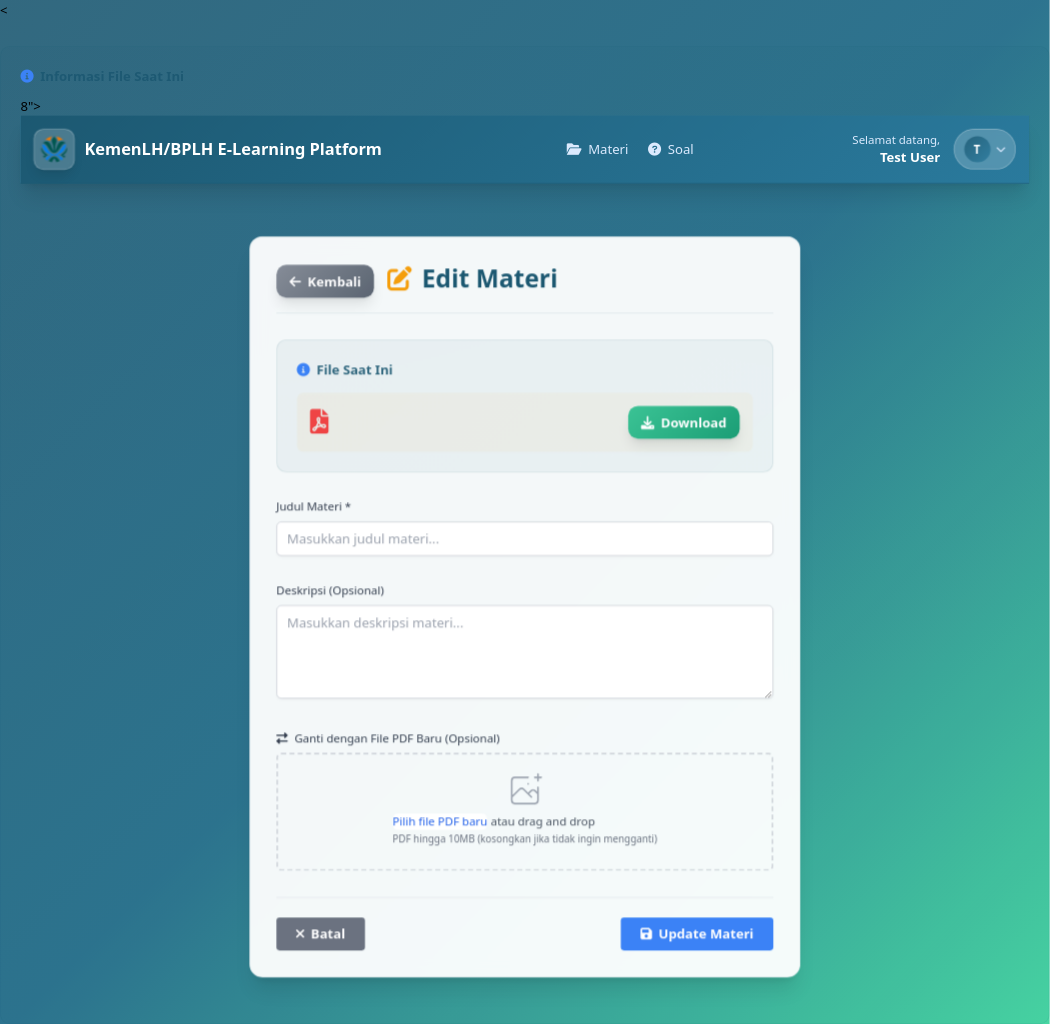
Repository: Autofat/LMS-MOOC
Page: resources/views/materials/edit.blade.php
These files come from the project's save history. The page is drawn as it stood at one moment and after the next save; the edit follows.
The browser window is 1280 px wide. The pictures show the whole page, at 82% of full size.
Some web libraries are served in a nearby version. The page is served by the project's Laravel application, run on PHP 8.4 with Laravel 12. A made-up administrator, Test User (test@example.com), is signed in. Other server files are loaded and not shown. The template is opened directly, without the code that normally fills it, so the values that code supplies are empty.

Above is the page before, as saved 2025-08-01 13:45:07.

### resources/views/materials/edit.blade.php
<!DOCTYPE html>
<html lang="en">

<head>
    <                @if ($errors->any())
                    <div class="rounded-xl px-6 py-4 mb-6" style="background: linear-gradient(135deg, rgba(239,68,68,0.1) 0%, rgba(220,38,38,0.1) 100%); border: 1px solid rgba(239,68,68,0.3);">
                        <div class="flex items-center mb-2">
                            <i class="fas fa-exclamation-triangle text-red-500 mr-2"></i>
                            <span class="font-semibold text-red-700">Terdapat kesalahan dalam input:</span>
                        </div>
                        <ul class="list-disc list-inside text-red-600 space-y-1">
                            @foreach ($errors->all() as $error)
                                <li>{{ $error }}</li>
                            @endforeach
                        </ul>
                    </div>
                @endif

                <form action="{{ route('materials.update', $material->id) }}" method="POST"
                    enctype="multipart/form-data" class="space-y-8">
                    @csrf
                    @method('PUT')

                    <!-- Current File Info -->
                    <div class="rounded-xl p-6" style="background: linear-gradient(135deg, rgba(28,88,113,0.05) 0%, rgba(34,108,137,0.05) 100%); border: 1px solid rgba(28,88,113,0.1);">
                        <h3 class="font-semibold mb-3 flex items-center" style="color: rgba(28,88,113,0.9);">
                            <i class="fas fa-info-circle text-blue-500 mr-2"></i>
                            Informasi File Saat Ini
                        </h3>8">
    <meta name="viewport" content="width=device-width, initial-scale=1.0">
    <title>Edit Materi - {{ $material->title }} - Education Generator Platform</title>
    <script src="https://cdn.tailwindcss.com"></script>
    <link href="https://cdnjs.cloudflare.com/ajax/libs/font-awesome/6.0.0/css/all.min.css" rel="stylesheet">
    <style>
        .professional-gradient {
            background: linear-gradient(135deg, rgba(28,88,113,0.9) 0%, rgba(34,108,137,0.95) 50%, rgba(52,211,153,0.9) 100%);
        }

        .glass-effect {
            background: rgba(255, 255, 255, 0.95);
            backdrop-filter: blur(10px);
            border: 1px solid rgba(28,88,113,0.1);
        }
    </style>
</head>

<body class="min-h-screen professional-gradient">
    <!-- Include Navbar Component -->
    @include('components.navbar')

    <div class="container mx-auto px-4 py-8">
        <div class="max-w-2xl mx-auto">
            <div class="glass-effect rounded-2xl shadow-xl p-8">
                <!-- Header -->
                <div class="flex items-center mb-8 pb-4 border-b" style="border-color: rgba(28,88,113,0.1);">
                    <a href="{{ route('materials.show', $material->id) }}"
                        class="inline-flex items-center px-4 py-2 rounded-xl font-semibold transition-all duration-200 shadow-lg hover:shadow-xl transform hover:scale-105 mr-4"
                        style="background: linear-gradient(135deg, rgba(107,114,128,0.8) 0%, rgba(75,85,99,0.9) 100%); color: white;">
                        <i class="fas fa-arrow-left mr-2"></i>
                        Kembali
                    </a>
                    <div>
                        <h1 class="text-3xl font-bold mb-2 flex items-center" style="color: rgba(28,88,113,1);">
                            <i class="fas fa-edit mr-3 text-amber-500"></i>
                            Edit Materi
                        </h1>
                        <p class="text-sm" style="color: rgba(28,88,113,0.7);">{{ Str::limit($material->title, 50) }}</p>
                    </div>
                </div>

                @if ($errors->any())
                    <div class="rounded-xl px-6 py-4 mb-6" style="background: linear-gradient(135deg, rgba(239,68,68,0.1) 0%, rgba(220,38,38,0.1) 100%); border: 1px solid rgba(239,68,68,0.3);">
                        <div class="flex items-center mb-2">
                            <i class="fas fa-exclamation-triangle text-red-500 mr-2"></i>
                            <span class="font-semibold text-red-700">Terdapat kesalahan dalam input:</span>
                        </div>
                        <ul class="list-disc list-inside text-red-600 space-y-1">
                            @foreach ($errors->all() as $error)
                                <li>{{ $error }}</li>
                            @endforeach
                        </ul>
                    </div>
                @endif

                <form action="{{ route('materials.update', $material->id) }}" method="POST"
                    enctype="multipart/form-data" class="space-y-8">
                    @csrf
                    @method('PUT')

                    <!-- Current File Info -->
                    <div class="rounded-xl p-6" style="background: linear-gradient(135deg, rgba(28,88,113,0.05) 0%, rgba(34,108,137,0.05) 100%); border: 1px solid rgba(28,88,113,0.1);">
                        <h3 class="font-semibold mb-4 flex items-center" style="color: rgba(28,88,113,0.9);">
                            <i class="fas fa-info-circle text-blue-500 mr-2"></i>
                            File Saat Ini
                        </h3>
                        <div class="flex items-center space-x-4 p-4 rounded-lg" style="background: linear-gradient(135deg, rgba(245,158,11,0.05) 0%, rgba(251,191,36,0.05) 100%);">
                            <div class="flex-shrink-0">
                                <i class="fas fa-file-pdf text-3xl text-red-500"></i>
                            </div>
                            <div class="flex-1">
                                <p class="font-semibold" style="color: rgba(28,88,113,0.9);">{{ $material->file_name }}</p>
                                <p class="text-sm" style="color: rgba(28,88,113,0.7);">{{ $material->file_size_human }}</p>
                            </div>
                            <a href="{{ route('materials.download', $material->id) }}"
                                class="inline-flex items-center px-4 py-2 rounded-xl font-semibold transition-all duration-200 shadow-lg hover:shadow-xl transform hover:scale-105"
                                style="background: linear-gradient(135deg, rgba(16,185,129,0.8) 0%, rgba(5,150,105,0.9) 100%); color: white;">
                                <i class="fas fa-download mr-2"></i>
                                Download
                            </a>
                        </div>
                    </div>

                    <!-- Title -->
                    <div>
                        <label for="title" class="block text-sm font-medium text-gray-700 mb-2">
                            Judul Materi *
                        </label>
                        <input type="text" id="title" name="title" value="{{ old('title', $material->title) }}"
                            required
                            class="w-full px-3 py-2 border border-gray-300 rounded-md shadow-sm focus:outline-none focus:ring-2 focus:ring-blue-500 focus:border-transparent"
                            placeholder="Masukkan judul materi...">
                    </div>

                    <!-- Description -->
                    <div>
                        <label for="description" class="block text-sm font-medium text-gray-700 mb-2">
                            Deskripsi (Opsional)
                        </label>
                        <textarea id="description" name="description" rows="4"
                            class="w-full px-3 py-2 border border-gray-300 rounded-md shadow-sm focus:outline-none focus:ring-2 focus:ring-blue-500 focus:border-transparent"
                            placeholder="Masukkan deskripsi materi...">{{ old('description', $material->description) }}</textarea>
                    </div>

                    <!-- Replace PDF File -->
                    <div>
                        <label for="pdf_file" class="block text-sm font-medium text-gray-700 mb-2">
                            <i class="fas fa-exchange-alt mr-2"></i>Ganti dengan File PDF Baru (Opsional)
                        </label>
                        <div class="mt-1 flex justify-center px-6 pt-5 pb-6 border-2 border-gray-300 border-dashed rounded-md hover:border-gray-400 transition-colors">
                            <div class="space-y-1 text-center">
                                <svg class="mx-auto h-12 w-12 text-gray-400" stroke="currentColor" fill="none" viewBox="0 0 48 48">
                                    <path d="M28 8H12a4 4 0 00-4 4v20m32-12v8m0 0v8a4 4 0 01-4 4H12a4 4 0 01-4-4v-4m32-4l-3.172-3.172a4 4 0 00-5.656 0L28 28M8 32l9.172-9.172a4 4 0 015.656 0L28 28m0 0l4 4m4-24h8m-4-4v8m-12 4h.02" stroke-width="2" stroke-linecap="round" stroke-linejoin="round" />
                                </svg>
                                <div class="flex text-sm text-gray-600">
                                    <label for="pdf_file" class="relative cursor-pointer bg-white rounded-md font-medium text-blue-600 hover:text-blue-500 focus-within:outline-none focus-within:ring-2 focus-within:ring-offset-2 focus-within:ring-blue-500">
                                        <span>Pilih file PDF baru</span>
                                        <input id="pdf_file" name="pdf_file" type="file" class="sr-only" accept=".pdf" onchange="validateAndShowFile(this)">
                                    </label>
                                    <p class="pl-1">atau drag and drop</p>
                                </div>
                                <p class="text-xs text-gray-500">PDF hingga 10MB (kosongkan jika tidak ingin mengganti)</p>
                                <p id="file-name" class="text-sm text-green-700 font-medium"></p>
                                <p id="file-error" class="text-sm text-red-600 font-medium hidden"></p>
                            </div>
                        </div>
                    </div>

                    <!-- Submit Buttons -->
                    <div class="flex justify-between items-center pt-6 border-t">
                        <a href="{{ route('materials.show', $material->id) }}"
                            class="bg-gray-500 hover:bg-gray-600 text-white font-bold py-2 px-6 rounded transition-colors">
                            <i class="fas fa-times mr-2"></i>Batal
                        </a>
                        <button type="submit" onclick="console.log('Form submitted with file:', document.getElementById('pdf_file').files[0]?.name || 'No file selected')"
                            class="bg-blue-500 hover:bg-blue-600 text-white font-bold py-2 px-6 rounded transition-colors">
                            <i class="fas fa-save mr-2"></i>Update Materi
                        </button>
                    </div>
                </form>
            </div>
        </div>
    </div>

    <script>
        function validateAndShowFile(input) {
            const fileNameElement = document.getElementById('file-name');
            const fileErrorElement = document.getElementById('file-error');

            // Clear previous messages
            fileNameElement.innerHTML = '';
            fileErrorElement.innerHTML = '';
            fileErrorElement.classList.add('hidden');
            fileNameElement.className = 'text-sm text-green-700 font-medium';

            if (input.files && input.files[0]) {
                const file = input.files[0];
                const fileSizeMB = (file.size / 1024 / 1024);

                // Validate file type
                if (file.type !== 'application/pdf') {
                    fileErrorElement.innerHTML = `
                        <i class="fas fa-exclamation-circle mr-1"></i>
                        Error: File harus berformat PDF. File yang dipilih: ${file.type || 'Unknown'}
                    `;
                    fileErrorElement.classList.remove('hidden');
                    input.value = ''; // Clear the input
                    return;
                }

                // Validate file size (10MB = 10 * 1024 * 1024 bytes)
                if (file.size > 10 * 1024 * 1024) {
                    fileErrorElement.innerHTML = `
                        <i class="fas fa-exclamation-circle mr-1"></i>
                        Error: File terlalu besar (${fileSizeMB.toFixed(2)} MB). Maksimal 10MB.
                    `;
                    fileErrorElement.classList.remove('hidden');
                    input.value = ''; // Clear the input
                    return;
                }

                // Show success message
                fileNameElement.innerHTML = `
                    <i class="fas fa-check-circle mr-1"></i>
                    File baru dipilih: <strong>${file.name}</strong> (${fileSizeMB.toFixed(2)} MB)
                `;
                fileNameElement.className = 'text-sm text-green-700 font-medium bg-green-50 px-3 py-2 rounded-md mt-2';
            } else {
                fileNameElement.textContent = '';
                fileNameElement.className = 'text-sm text-green-700 font-medium';
            }
        }

        // Add form validation before submit
        document.querySelector('form').addEventListener('submit', function(e) {
            const fileInput = document.getElementById('pdf_file');
            if (fileInput.files.length > 0) {
                const file = fileInput.files[0];
                if (file.type !== 'application/pdf' || file.size > 10 * 1024 * 1024) {
                    e.preventDefault();
                    alert('Please select a valid PDF file under 10MB before submitting.');
                    return false;
                }
            }
        });
    </script>
</body>

</html>

Loaded but not shown: app/Models/User.php (common file); resources/views/components/navbar.blade.php (221 lines, source omitted); routes/web.php (145 lines, source omitted)

After the next save:
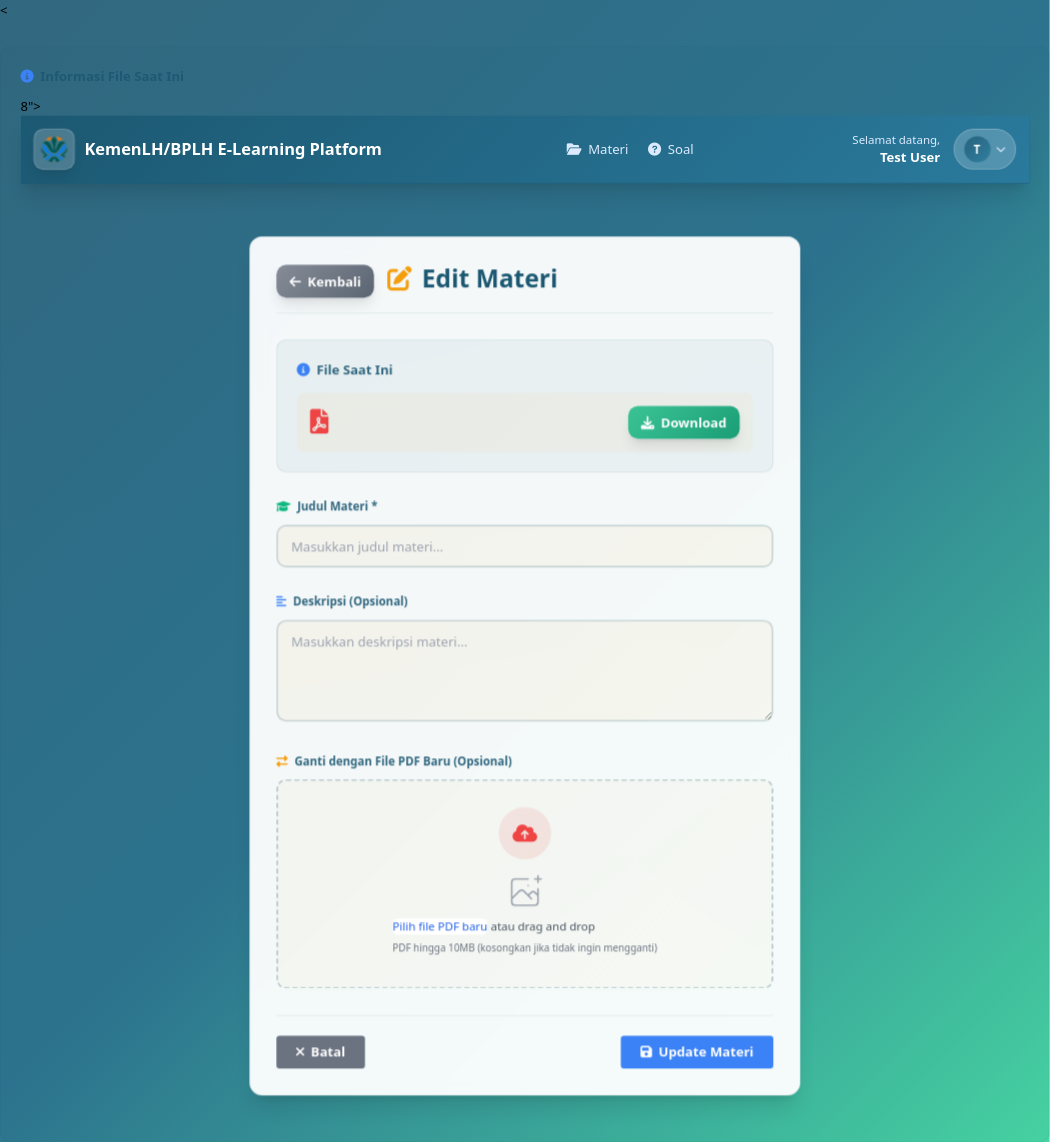
Saved 38 s later.
--- a/resources/views/materials/edit.blade.php
+++ b/resources/views/materials/edit.blade.php
@@ -112,32 +112,42 @@
 
                     <!-- Title -->
                     <div>
-                        <label for="title" class="block text-sm font-medium text-gray-700 mb-2">
-                            Judul Materi *
+                        <label for="title" class="block text-sm font-semibold mb-3 flex items-center space-x-2" style="color: rgba(28,88,113,0.9);">
+                            <i class="fas fa-graduation-cap text-emerald-500"></i>
+                            <span>Judul Materi *</span>
                         </label>
                         <input type="text" id="title" name="title" value="{{ old('title', $material->title) }}"
                             required
-                            class="w-full px-3 py-2 border border-gray-300 rounded-md shadow-sm focus:outline-none focus:ring-2 focus:ring-blue-500 focus:border-transparent"
+                            class="w-full rounded-xl px-4 py-3 focus:outline-none focus:ring-2 transition-all border-2"
+                            style="border-color: rgba(28,88,113,0.2); background: linear-gradient(135deg, rgba(245,158,11,0.05) 0%, rgba(251,191,36,0.05) 100%);"
                             placeholder="Masukkan judul materi...">
                     </div>
 
                     <!-- Description -->
                     <div>
-                        <label for="description" class="block text-sm font-medium text-gray-700 mb-2">
-                            Deskripsi (Opsional)
+                        <label for="description" class="block text-sm font-semibold mb-3 flex items-center space-x-2" style="color: rgba(28,88,113,0.9);">
+                            <i class="fas fa-align-left text-blue-500"></i>
+                            <span>Deskripsi (Opsional)</span>
                         </label>
                         <textarea id="description" name="description" rows="4"
-                            class="w-full px-3 py-2 border border-gray-300 rounded-md shadow-sm focus:outline-none focus:ring-2 focus:ring-blue-500 focus:border-transparent"
+                            class="w-full rounded-xl px-4 py-3 focus:outline-none focus:ring-2 transition-all border-2"
+                            style="border-color: rgba(28,88,113,0.2); background: linear-gradient(135deg, rgba(245,158,11,0.05) 0%, rgba(251,191,36,0.05) 100%);"
                             placeholder="Masukkan deskripsi materi...">{{ old('description', $material->description) }}</textarea>
                     </div>
 
                     <!-- Replace PDF File -->
                     <div>
-                        <label for="pdf_file" class="block text-sm font-medium text-gray-700 mb-2">
-                            <i class="fas fa-exchange-alt mr-2"></i>Ganti dengan File PDF Baru (Opsional)
+                        <label for="pdf_file" class="block text-sm font-semibold mb-3 flex items-center space-x-2" style="color: rgba(28,88,113,0.9);">
+                            <i class="fas fa-exchange-alt text-amber-500"></i>
+                            <span>Ganti dengan File PDF Baru (Opsional)</span>
                         </label>
-                        <div class="mt-1 flex justify-center px-6 pt-5 pb-6 border-2 border-gray-300 border-dashed rounded-md hover:border-gray-400 transition-colors">
-                            <div class="space-y-1 text-center">
+                        <div class="mt-1 flex justify-center px-6 pt-8 pb-8 border-2 border-dashed rounded-xl hover:border-opacity-60 transition-all"
+                             style="border-color: rgba(28,88,113,0.3); background: linear-gradient(135deg, rgba(245,158,11,0.03) 0%, rgba(251,191,36,0.03) 100%);">
+                            <div class="space-y-2 text-center">
+                                <div class="mx-auto h-16 w-16 rounded-full flex items-center justify-center mb-4"
+                                     style="background: linear-gradient(135deg, rgba(239,68,68,0.1) 0%, rgba(220,38,38,0.1) 100%);">
+                                    <i class="fas fa-cloud-upload-alt text-2xl text-red-500"></i>
+                                </div>
                                 <svg class="mx-auto h-12 w-12 text-gray-400" stroke="currentColor" fill="none" viewBox="0 0 48 48">
                                     <path d="M28 8H12a4 4 0 00-4 4v20m32-12v8m0 0v8a4 4 0 01-4 4H12a4 4 0 01-4-4v-4m32-4l-3.172-3.172a4 4 0 00-5.656 0L28 28M8 32l9.172-9.172a4 4 0 015.656 0L28 28m0 0l4 4m4-24h8m-4-4v8m-12 4h.02" stroke-width="2" stroke-linecap="round" stroke-linejoin="round" />
                                 </svg>
